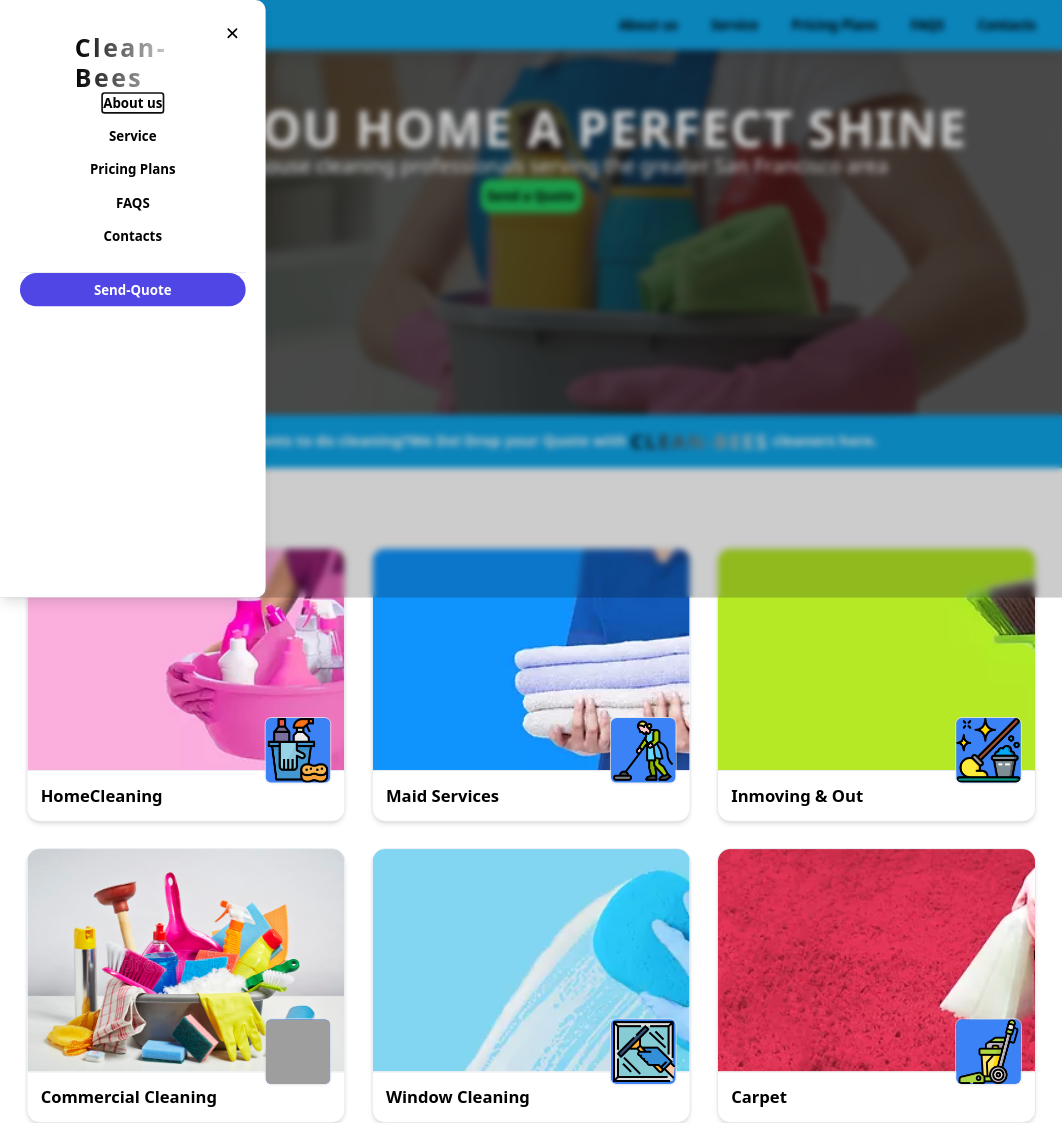
Repository: remydev47/cleanbees
Page: /
These files come from the project's save history. The page is drawn as it stood at one moment and after the next save; the edit follows.
The browser window is 1280 px wide. The pictures show the whole page, at 83% of full size.
Pictures or frames that could not be fetched are drawn as grey boxes. The project was rebuilt for these pictures with package versions that can differ from the ones it lists, and the page was loaded fresh each time. The framework's server and built-in components were replaced by stand-ins that run in the browser. Also part of the build but not shown: next.config.js.

Above is the page before, as saved 2022-09-16 14:51:35.

### pages/_app.tsx
import '../styles/globals.css'
import type { AppProps } from 'next/app'
import { Header } from '../components/Header'


function MyApp({ Component, pageProps }: AppProps) {
  return (
    <>
      <Header />
      <Component {...pageProps} />
    </>

    )
}

export default MyApp

### pages/index.tsx
import type { NextPage } from 'next'
import Head from 'next/head'
import Image from 'next/image'
import Hero from '../components/Hero'
import Services from '../components/Services'

const Home: NextPage = () => {
  return (
    <div className="">
      <Head>
        <title>CleanBees</title>
        <link rel="icon" href="/favicon.ico" />
      </Head>
      <Hero />
     <main className='mx-auto max-w-screen-xl px-6 sm:px-8'>
      <div className='mt-16 space-y-20'>
        <Services />

      </div>
     </main>
    </div>
  )
}

export default Home

### components/Header.tsx
import { navLinks } from "../constants"
import { MenuPopOver } from "./MenuPopover"
import Logo from "./Logo"
import Image from "next/image"
import { title } from "process"

export const Header = () => {
    return(
        <>
          <header className={styles.container}>
           <div className='flex grow-0 basis-1/3 md:hidden'>
             <MenuPopOver />
          </div>
          <div className='flex grow-0 basis-1/3 justify-center md:justify-start'>
            <Logo />
           </div>
           <ul className="list-none sm:flex hidden justify-end items-center flex-1">
            {navLinks.map((nav, index) => (
                <li
                key={nav.id}
                className={`font-poppins font-extrabold cursor-pointer text-[16px]
                  ${index === navLinks.length - 1 ? 'mr-0' : 'mr-10'}
                 text-black `}
                >
                    <a>{nav.title}</a>
                </li>
            ))}
           </ul>

          </header>
        </>
    )
}

const styles ={
    container:`sticky bg-[#0ea5e9] inset-x-0 top-0 z-20 flex items-center justify-between py-2 px-2 shadow-lg dark:bg-slate-900 sm:py-3 sm:px-8`
}

### components/Hero.tsx
import React from 'react'
import Image from 'next/image'


const Hero = () => {
  return (
    <>
      <section className='relative h-[640px] w-full  bg-blue-500 sm:h-[55vh] md:h-[440px]'>
        <Image
          src="/img/pixel-cleaner2.jpg"
          layout='fill'
          objectFit='cover'
        />
        <div className="absolute inset-0 bg-neutral-900/70">
        <div className='mx-4 mt-16 flex flex-col items-center text-center '>
                <h1 className={styles.innerbanner}>
                    Give you Home a Perfect Shine
                </h1>
                <span className='text-xl text-white sm:text-2xl'>
                    Reliable house cleaning professionals serving the greater San Francisco area
                </span>
                <button className='bg-green-500 text-black font-semibold p-2 rounded-xl'>
                    Send a Quote
                </button>
              </div>
        </div>
      </section>
      <HeroBottomCard />
    </>
  )
}

function HeroBottomCard() {
    return (
      <div className="bg-[#0ea5e9] p-4">
        <span className="block text-center text-lg text-white font-semibold">
          Nobody wants to do cleaning?We Do! Drop your  Quote with{" "}
          <span className="bg-gradient-to-r from-black to-[#fff] bg-clip-text align-middle text-2xl font-black tracking-widest text-transparent">
            CLEAN-BEES
          </span>{" "}
          cleaners here.
        </span>
      </div>
    );
  }

export default Hero;
const styles ={

    innerbanner:`text-3xl font-extrabold uppercase tracking-wide text-white sm:text-4xl md:text-5xl lg:text-6xl`,
}

### components/Services.tsx
import React from 'react';
import Image from 'next/image'
import Link from 'next/link';

const serviceItems =[
    {
        name:"HomeCleaning",
        description:"",
        image:'/img/cleaning3.webp',
        logo:"/img/homecleaning.png"
    },
    {
        name:"Maid Services",
        description:"",
        image:'/img/maid2.webp',
        logo:"/img/maid.png"
    },
    {
        name:"Inmoving & Out",
        description:"",
        image:'/img/moving.webp',
        logo:"/img/inmoving.png"
    },
    {
        name:"Commercial Cleaning",
        description:"",
        image:'/img/pixelcleaner3.jpg',
        logo:"/img/officecleaning.png"
    },
    {
        name:"Window Cleaning",
        description:"",
        image:'/img/cleaning4.webp',
        logo:"/img/window.png"
    },
    {
        name:"Carpet",
        description:"",
        image:'/img/carpet2.webp',
        logo:"/img/carpet.png"
    },
]

const Services = () => {
  return (
    <section id='service-items'>
        <div>
            <h2 className="text-2xl font-semibold"> Our Services </h2>
        </div>

        <div id="top-companies__items" className="grid grid-cols-1 gap-8 sm:grid-cols-2 lg:grid-cols-3">
              {serviceItems.map((item, i) => (
                 <Link href="/#" key={i}>
                  <a className="group block overflow-hidden rounded-2xl border border-slate-200 bg-white shadow-md transition-all duration-150 hover:-translate-y-1 hover:shadow-lg dark:border-slate-800 dark:bg-slate-700">
                    <div className="relative block overflow-hidden  pt-[70%]">
                     <Image
                       src={item.image}
                       alt={item.name}
                       layout="fill"
                       objectFit="cover"
                       className="transition-all duration-200 group-hover:scale-[102%]"
                      />
                    </div>
                    <div className="relative flex flex-col border-t p-4 dark:border-slate-600">
                <span className="absolute right-4 -top-[65px] block h-[80px] w-[80px] overflow-hidden rounded-lg border shadow-sm dark:border-slate-600">
                  <div className="relative block overflow-hidden  bg-blue-500 pt-[100%]">
                    <Image
                      src={item.logo}
                      alt={item.name}
                      layout="fill"
                      objectFit="cover"
                    />
                  </div>
                </span>

                <h5 className="block truncate text-xl font-semibold capitalize">
                  {item.name}
                </h5>
                <span className="block truncate text-slate-500 dark:text-slate-400">
                  {item.description}
                </span>
              </div>
                 </a>
                 </Link>
              ))}
            </div>

    </section>
  )
}

export default Services

### constants/index.ts

export const navLinks =[
    {
     id:"aboutus",
     title:"About us"
    },
    {
        id:"services",
        title:"Service"
    },
    {
        id:"pricingplans",
        title:"Pricing Plans"
    },
    {
        id:"faqs",
        title:"FAQS"
    },
    {
        id:"contacts",
        title:"Contacts"
    },
]

### components/MenuPopover.tsx
import React, { useState, Fragment } from 'react'
import { IconButton } from './Button'
import { Transition, Dialog }  from '@headlessui/react';
import Link from 'next/link';
import Logo from './Logo';
import { Button } from './Button';
//import { ThemeSelect } from './ThemeToogle';
import { navLinks } from '../constants';

export const MenuPopOver = () => {
    const [isOpen, setIsOpen] = useState(true)

    return(
      <div>
        <IconButton
          variant='ghost'
          aria-label='menu'
          onClick={() => setIsOpen(!isOpen)}
        >
          <svg className='h-6 w-6 ' fill='none' stroke='currentColor'>
            <path
              strokeLinecap='round'
              strokeLinejoin='round'
              strokeWidth={2}
              d='M4 6h16M4 12h16M4 18h16'
            />
          </svg>
        </IconButton>
        <Transition
          show={isOpen}
          appear
          as={Fragment}
          enter='transform transition ease-in-out duration-300'
          enterFrom='-translate-x-full'
          enterTo='translate-x-0'
          leave='transform transition ease-in-out duration-300 delay-200'
          leaveFrom='translate-x-0'
          leaveTo='-translate-x-full'
        >
         <Dialog
           as='div'
           className={`fixed inset-0 z-50`}
           onClose={setIsOpen}
           open={isOpen}
           >
           <Transition.Child
             as={Fragment}
             enter='ease-out duration-300 delay-300'
             enterFrom='opacity-0'
             enterTo='opacity-100'
             leave='ease-in duration-200'
             leaveFrom='opacity-100'
             leaveTo='opacity-0'
           >

            <Dialog.Overlay
              className={`fixed inset-0 bg-black/20 backdrop-blur-sm dark:bg-gray-900/80`}
             />
          </Transition.Child>
           <div className={styles.dialogcontainer}>
            <a className='mx-auto mt-4 flex w-[140px] '>
              <Logo />
            </a>
            <ul
                className={styles.navWrapper2}
             >
                {navLinks.map((nav, index) => (
                    <li
                     key={nav.id}
                     className={`font-poppins font-bold cursor-pointer text-[16px]
                      ${index === navLinks.length - 1 ? 'mr-0' : 'mb-4'}
                      text-black `}
                    >
                     <a href={`#${nav.id}`}>
                        {nav.title}
                     </a>
                    </li>
                 ))}
             </ul>
            {/* <div className='mt-0 border-t border-gray-200 pt-6 dark:border-gray-200/10'>

            </div> */}
            <ul className='mt-8 space-y-3 border-t border-gray-200 dark:border-gray-200/10'>
              <li>
               <Button fullWidth>
                   Send-Quote
               </Button>
              </li>

            </ul>
            <IconButton
              variant='ghost'
              aria-label='close menu'
              className='absolute top-5 right-5'
              onClick={() => setIsOpen(false)}
            >
              <svg
                viewBox='0 0 10 10'
                className='h-2.5 w-2.5 overflow-visible'
                aria-hidden='true'
              >
                <path
                    d='M0 0L10 10M10 0L0 10'
                    fill='none'
                    stroke='currentColor'
                    strokeWidth='2'
                    strokeLinecap='round'
                  />
              </svg>
            </IconButton>
           </div>
         </Dialog>
        </Transition>
      </div>
    )
  }

const styles ={
    dialogcontainer:`fixed top-0 bottom-0 left-0 w-full max-w-xs rounded-r-xl bg-white p-6 shadow-lg dark:bg-gray-800`,
    menuitems:`group relative flex h-9 items-center oveflow-hidden rounded-md hover:bg-slate-200/50`,
    navWrapper2:`list-none flex flex-col justify-end items-center flex-1`,
}

### components/Logo.tsx
import React from 'react';


const Logo  = () => {
  return (
    <span className={`bg-gradient-to-r from-black to-[#fff] bg-clip-text align-middle text-3xl font-black tracking-widest text-transparent hover:text-green-400`}>
        Clean-Bees
    </span>
  )
}

export default Logo;

### components/Button/index.tsx
import React, { forwardRef } from 'react';
//import { __DEV__ } from '../../utils/assertions'

type BaseButtonProps = Omit<React.HTMLProps<HTMLButtonElement>, "size">;

/* === Button Element === */

export interface ButtonProps extends BaseButtonProps {
  children: React.ReactNode;
  fullWidth?: boolean;
  className?: string;
  variant?: "solid" | "outline" | "ghost";
  size?: "sm" | "md" | "lg";
  as?: string;
  isExternal?: boolean;
  type?: "button" | "submit" | "reset";
}

export const Button = forwardRef<HTMLButtonElement, ButtonProps>(
  (
    {
      children,
      variant = "solid",
      size = "md",
      fullWidth = false,
      className,
      as = "button",
      isExternal = false,
      ...rest
    },
    ref
  ) => {
    let tempClassNames: string[] = [];

    const sharedClasses = [
      "capitalize",
      "focus:outline-none",
      "focus:ring-2",
      "focus:ring-indigo-400",
      "focus:ring-offset-2",
      "focus:ring-offset-indigo-50",
      "font-semibold",
      "rounded-full",
      "inline-flex",
      "flex-shrink-0",
      "items-center",
      "justify-center",
      "transition-colors",
      "ease-in-out",
      "duration-500",
    ];

    if (fullWidth) sharedClasses.push("w-full");

    // handle variants
    let btnSolid = ["bg-indigo-600", "hover:bg-indigo-700", "text-white"];
    let btnOutline = [
      "dark:text-white",
      "hover:text-yellow-700",
      "hover:dark:text-yellow-800",
      "bg-transparent",
      "hover:bg-indigo-50",
      "border",
      "border-indigo-600",
    ];
    let btnGhost = [
      "bg-transparent",
      "dark:text-white",
      "hover:bg-indigo-50",
      "hover:text-indigo-700",
      "hover:dark:text-indigo-700",
    ];

    if (variant === "solid") {
      tempClassNames = [...sharedClasses, ...btnSolid];
    } else if (variant === "outline") {
      tempClassNames = [...sharedClasses, ...btnOutline];
    } else if (variant === "ghost") {
      tempClassNames = [...sharedClasses, ...btnGhost];
    }

    // handle sizes
    let sizeSm = ["h-8", "px-2", "text-sm"];
    let sizeMd = ["h-10", "px-3"];
    let sizeLg = ["h-12", "px-4", "text-lg"];

    if (size === "sm") {
      tempClassNames = [...tempClassNames, ...sizeSm];
    } else if (size === "md") {
      tempClassNames = [...tempClassNames, ...sizeMd];
    } else if (size === "lg") {
      tempClassNames = [...tempClassNames, ...sizeLg];
    }

    let classes = tempClassNames.join(" ");

    let Element = as ? (
      React.createElement(
        as,
        {
          className: `${classes} ${className}`,
          target: isExternal ? "_blank" : undefined,
          rel: isExternal ? "noopener noreferrer" : undefined,
          ref,
          ...rest,
        },
        children
      )
    ) : (
      <button {...rest} className={`${classes} ${className}`} ref={ref}>
        {children}
      </button>
    );

    return Element;
  }
);

// if (__DEV__) {
//   Button.displayName = "Button";
// }

/* === IconButton Element === */

export interface IconButtonProps extends ButtonProps {
  icon?: React.ReactElement;
  "aria-label": string;
}

export const IconButton = forwardRef<HTMLButtonElement, IconButtonProps>(
  (
    {
      children,
      icon,
      className,
      "aria-label": ariaLabel,
      size = "md",
      ...rest
    },
    ref
  ) => {
    let sharedClasses = ["rounded-full", "!px-0"];

    // handle sizes
    let sizeSm = ["w-8"];
    let sizeMd = ["w-10"];
    let sizeLg = ["w-12"];

    if (size === "sm") {
      sharedClasses = [...sharedClasses, ...sizeSm];
    } else if (size === "md") {
      sharedClasses = [...sharedClasses, ...sizeMd];
    } else if (size === "lg") {
      sharedClasses = [...sharedClasses, ...sizeLg];
    }

    /**
     * Passing the icon as prop or children should work
     */
    const element = icon || children;
    const _children = React.isValidElement(element)
      ? React.cloneElement(element as any, {
          "aria-hidden": true,
          focusable: false,
        })
      : null;

    let classes = sharedClasses.join(" ");
    return (
      <Button
        className={`${classes} ${className}`}
        aria-label={ariaLabel}
        size={size}
        {...rest}
        ref={ref}
      >
        {_children}
      </Button>
    );
  }
);

// if (__DEV__) {
//   IconButton.displayName = "IconButton";
// }

Loaded but not shown: styles/globals.css (common file); tailwind.config.js (common file)

After the next save:
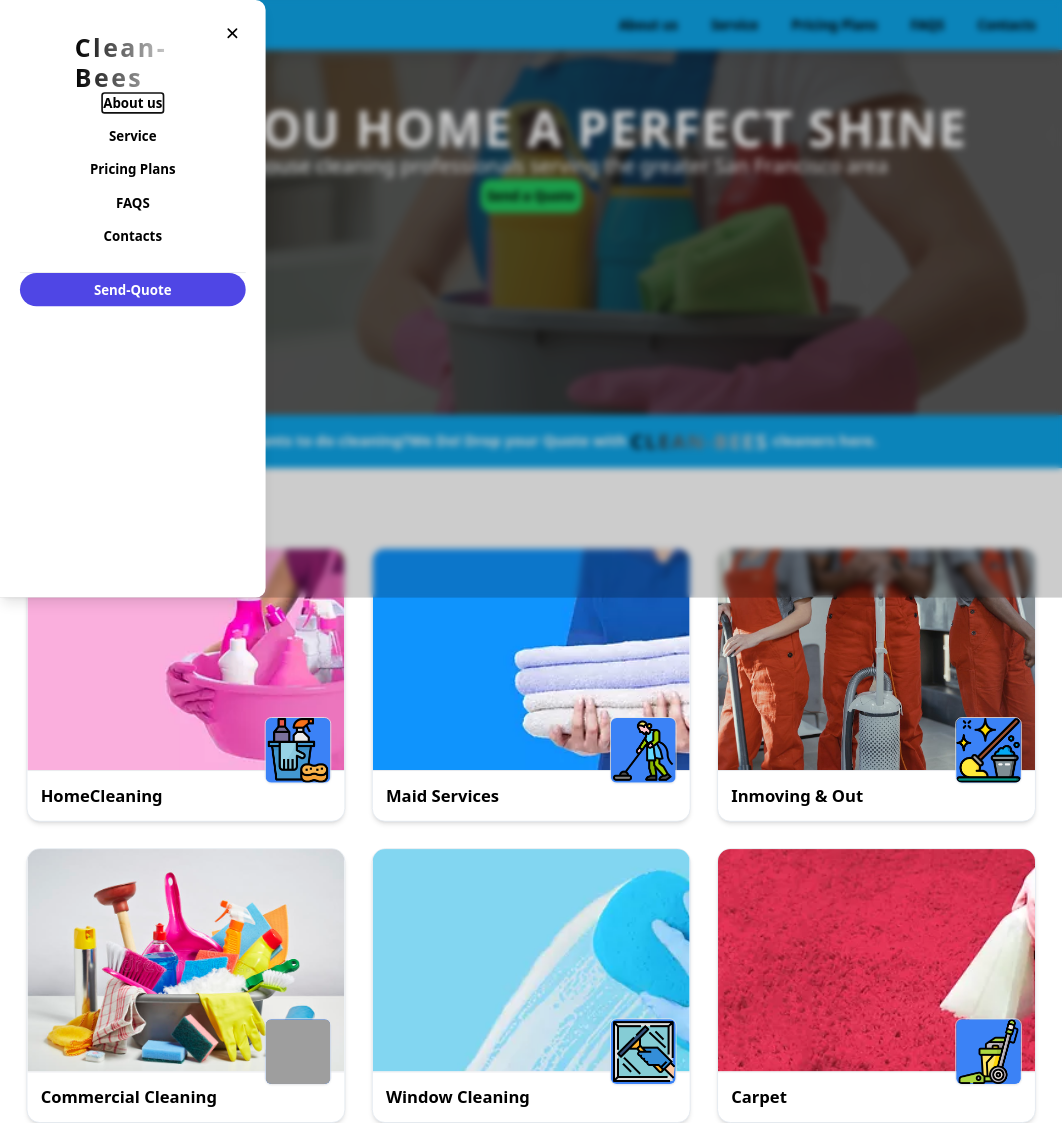
Saved 7 min 10 s later.
--- a/components/Services.tsx
+++ b/components/Services.tsx
@@ -18,7 +18,7 @@ const serviceItems =[
     {
         name:"Inmoving & Out",
         description:"",
-        image:'/img/moving.webp',
+        image:'/img/pexels-cleaner.jpeg',
         logo:"/img/inmoving.png"
     },
     {
